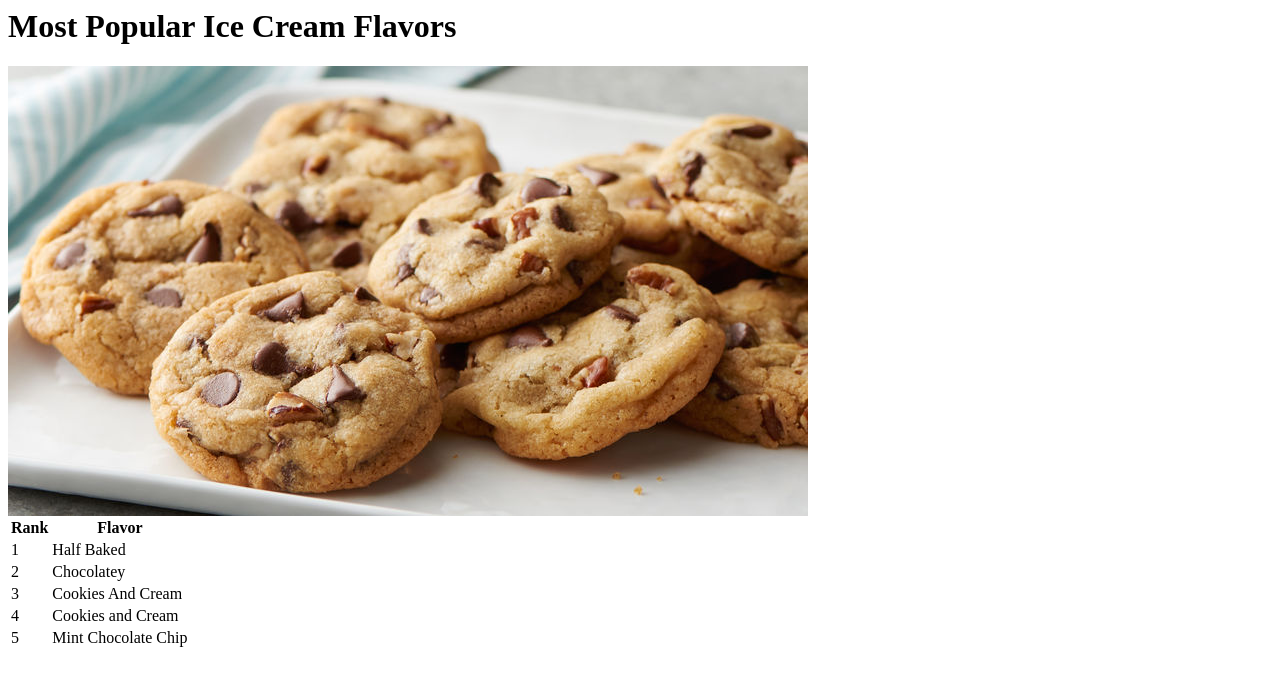
Repository: MatthewSalazar30/MatthewSalazar30.github.io
Page: ice.html
The author's editor kept a record of every edit. The page is drawn from the files as they stood at one moment, then again after the next edit.
The browser window is 1280 px wide. The pictures show the whole page.

Above is the page before.

After the next edit:
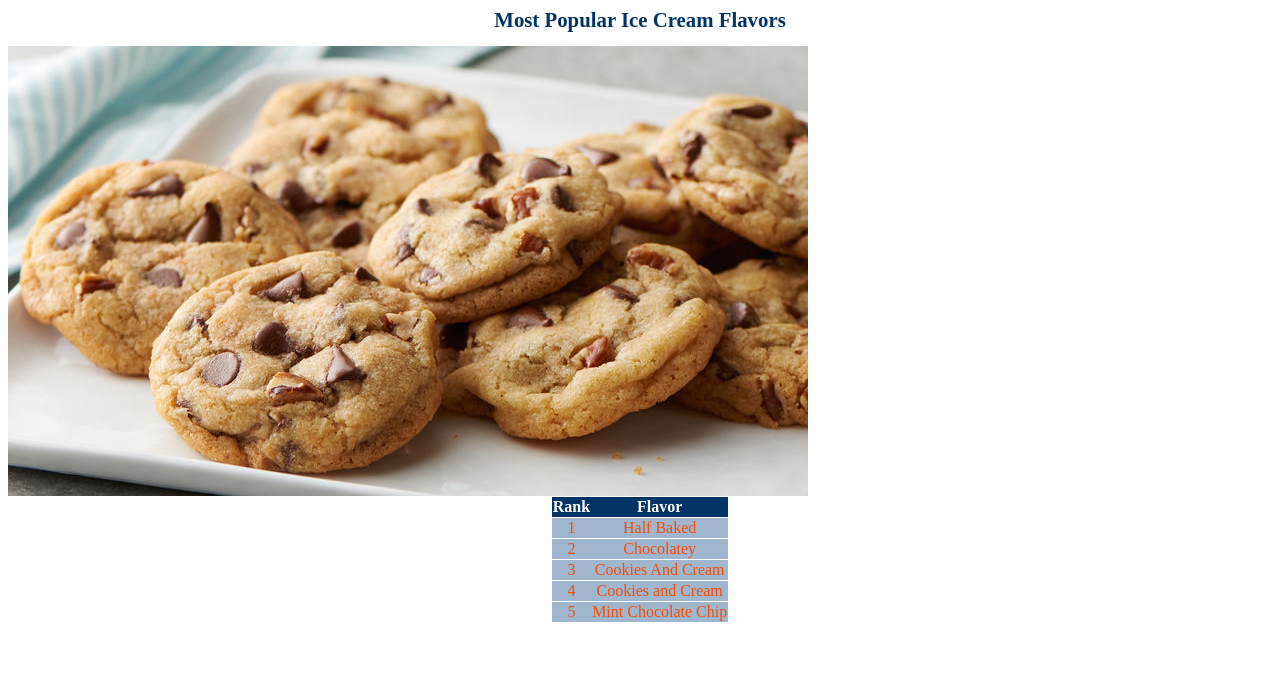
The edit:
--- a/ice.html
+++ b/ice.html
@@ -2,7 +2,12 @@
    <html>
      <head>
        <meta charset="utf-8">
+       <style>
+   td {color: #F24E0C;};
+  </style>
+
        <title>I Scream For Ice Cream!</title>
+       <link href="icecream.css" rel="stylesheet" type="text/css">
      </head>
      <body>
        <h1>Most Popular Ice Cream Flavors</h1>
